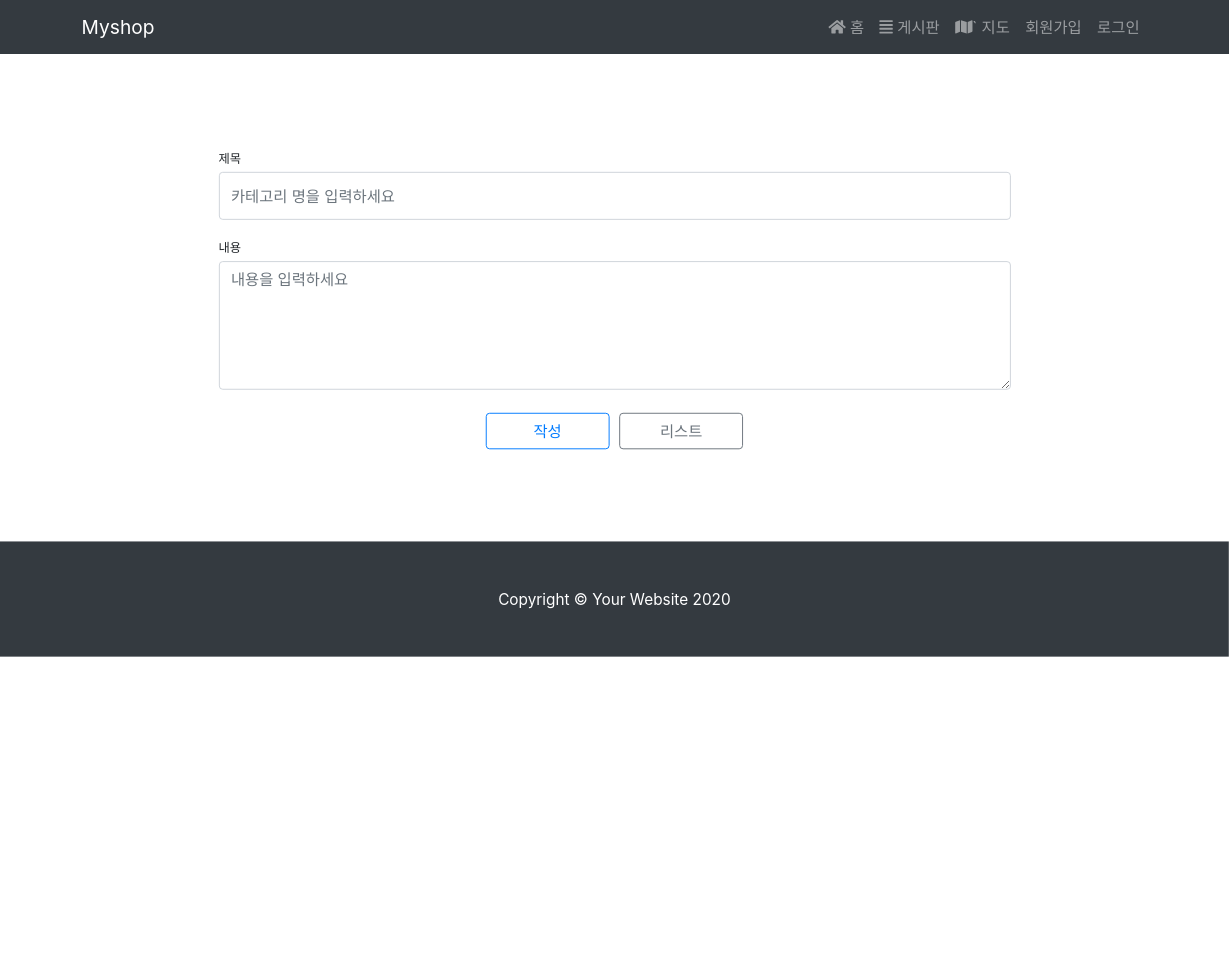
Repository: KimBiYam/ShoppingMallProject
Page: http://localhost/MyShop/WEB-INF/views/list/category.jsp
The author's editor kept a copy of each file at every save. The page is drawn from the files as they stood at one save, then again after the next save.
The browser window is 1280 px wide. The pictures show the whole page, at 96% of full size.
Some web libraries are served in a nearby version. The page is served by Tomcat 9. Nobody is signed in. Other server files are loaded and not shown. The template is opened directly, without the code that normally fills it, so the values that code supplies are empty.

Above is the page before, as saved 2020-04-21 00:42:13.

### MyShop/src/main/webapp/WEB-INF/views/list/category.jsp
<%@ page language="java" contentType="text/html; charset=UTF-8"
	pageEncoding="UTF-8"%>
<%@taglib prefix="c" uri="http://java.sun.com/jsp/jstl/core" %>
<%@taglib prefix="sec" uri="http://www.springframework.org/security/tags" %>
<!DOCTYPE html>
<html lang="en">
<head>
	<meta charset="utf-8">
	<meta name="viewport" content="width=device-width, initial-scale=1, shrink-to-fit=no">
	<meta name="description" content="">
	<meta name="author" content="">

	<title>카테고리 등록</title>
</head>

<body>
<jsp:include page="../includes/header.jsp"/>
  <!-- Page Content -->
	<div class="container my-5">
		<div class="row justify-content-center">
			<div class="col-lg-9 my-5">
				<form id="registerForm" action="/myshop/category/register" method="post">
					<input type="hidden" name="${_csrf.parameterName }" value="${_csrf.token }">
					<div class="form-group">
						<label class="small mb-1" for="title">제목</label> <input class="form-control py-4" name="title" id="title" type="text"
							placeholder="카테고리 명을 입력하세요" />
					</div>
					<div class="form-group">
						<label class="small mb-1" for="content">내용</label>
						<textarea class="form-control" rows="5" name="content" id="content" placeholder="내용을 입력하세요"></textarea>
					</div>
					<div class="form-group mt-4 mb-0">
						<div class="form-row justify-content-center">
							<div class="col-md-2">
								<button type="button" class="btn btn-outline-primary btn-block" id="btnWrite">작성</button>
							</div>
							<div class="col-md-2">
								<a class="btn btn-outline-secondary btn-block" href="/myshop/board/list?type=${type }">리스트</a>
							</div>
						</div>
					</div>
				</form>
			</div>
		</div>
	</div>
	<!-- /.container -->
		<script type="text/javascript">
		$(function() {
			$("#btnWrite").on("click", function() {
				if ($("#title").val() == "") {
					alert("제목을 입력하세요");
					$("#title").focus();
					return false;
				}
				if ($("#content").val() == "") {
					alert("내용을 입력하세요");
					$("#content").focus();
					return false;
				}
				$("#boardInsert").submit();
			});
		});
	</script>
  <jsp:include page="../includes/footer.jsp"></jsp:include>
</body>

</html>

### MyShop/src/main/webapp/WEB-INF/views/includes/header.jsp
<%@ page language="java" contentType="text/html; charset=UTF-8"
	pageEncoding="UTF-8"%>
<%@taglib prefix="sec"
	uri="http://www.springframework.org/security/tags"%>
<%@taglib prefix="c" uri="http://java.sun.com/jsp/jstl/core"%>
<!DOCTYPE html>
<!-- Bootstrap core CSS -->
<link href="/myshop/resources/vendor/bootstrap/css/bootstrap.min.css"
	rel="stylesheet">
<!-- Custom styles for this template -->
<link href="/myshop/resources/css/shop-homepage.css" rel="stylesheet">
<!-- Bootstrap core JavaScript -->
<script src="/myshop/resources/vendor/jquery/jquery.min.js"></script>
<script
	src="/myshop/resources/vendor/bootstrap/js/bootstrap.bundle.min.js"></script>
<script
	src="https://t1.daumcdn.net/mapjsapi/bundle/postcode/prod/postcode.v2.js"></script>
<script src="/myshop/resources/js/member.js"></script>
<script
	src="https://cdnjs.cloudflare.com/ajax/libs/font-awesome/5.11.2/js/all.min.js"
	crossorigin="anonymous"></script>

<!-- Navigation -->
<nav class="navbar navbar-expand-lg navbar-dark bg-dark fixed-top">
	<div class="container">
		<a class="navbar-brand" href="/myshop">Myshop</a>
		<button class="navbar-toggler" type="button" data-toggle="collapse"
			data-target="#navbarResponsive" aria-controls="navbarResponsive"
			aria-expanded="false" aria-label="Toggle navigation">
			<span class="navbar-toggler-icon"></span>
		</button>
		<div class="collapse navbar-collapse" id="navbarResponsive">
			<ul class="navbar-nav ml-auto">
				<li class="nav-item"><a class="nav-link" href="/myshop"><i
						class="fas fa-home"></i> 홈 </a></li>
				<li class="nav-item"><a class="nav-link"
					href="/myshop/board/list"><i class="fas fa-align-justify"></i>
						게시판</a></li>
				<li class="nav-item"><a class="nav-link" href="/myshop/map"><i
						class="fa fa-map"></i>` 지도</a></li>
				<sec:authorize access="isAnonymous()">
					<li class="nav-item"><a class="nav-link"
						href="javascript:join()">회원가입</a></li>
					<li class="nav-item"><a class="nav-link"
						href="javascript:login()">로그인</a></li>
				</sec:authorize>
				<sec:authorize access="isAuthenticated()">
					<sec:authorize access='hasRole("ROLE_USER")'>
						<li class="nav-item"><a class="nav-link"
							href="/myshop/user/update"><i class="far fa-address-book"></i>
								마이 페이지</a></li>
						<li class="nav-item"><a
							href="/myshop/product/cart?userid=<sec:authentication property="principal.username"/>"
							class="nav-link"><i class="fas fa-shopping-cart"></i> 장바구니</a></li>
						<li class="nav-item"><a class="nav-link"
							href="/myshop/product/order/list?userid=<sec:authentication property="principal.username"/>"><i
								class="fas fa-clipboard-list"></i> 주문 내역</a></li>
					</sec:authorize>
					<sec:authorize access='hasRole("ROLE_ADMIN")'>
						<li class="nav-item"><a class="nav-link"
							href="/myshop/admin/list"><i class="fas fa-address-card"></i>
								회원 관리</a></li>
						<li class="nav-item"><a class="nav-link"
							href="/myshop/product/category/list"><i class="fas fa-tags"></i>
								카테고리 관리</a></li>
						<li class="nav-item"><a class="nav-link"
							href="/myshop/product/order/admin/list"><i
								class="fas fa-clipboard-list"></i> 주문 관리</a></li>
						<li class="nav-item"><a class="nav-link"
							href="/myshop/product/register"><i
								class="fas fa-balance-scale"></i> 상품 등록</a></li>
					</sec:authorize>
					<li class="nav-item">
						<form id="logoutForm" action="/myshop/logout" method="post">
							<input type="hidden" name="${_csrf.parameterName }"
								value="${_csrf.token }">
						</form> <a class="nav-link" href="javascript:logout()">로그아웃</a>
					</li>
				</sec:authorize>
			</ul>
		</div>
	</div>
</nav>
<!-- #joinModal -->
<div class="modal fade" id="joinModal" tabindex="-1" role="dialog"
	aria-labelledby="myModalLabel" aria-hidden="true">
	<div class="modal-dialog">
		<div class="modal-content">
			<div
				class="modal-header justify-content-center font-weight-light my-4">
				<h3 class="modal-title" id="myModalLabel">회원가입</h3>
			</div>
			<div class="modal-body">
				<form id="joinForm" action="/myshop/user/join" method="post">
					<input type="hidden" name="${_csrf.parameterName }"
						value="${_csrf.token }"> <input type="hidden" name="addr"
						id="addr"> <input type="hidden" name="idcheck"
						id="idcheck" value="0">
					<div class="form-group">
						<label class="small mb-1" for="joinid">ID</label>
						<div class="input-group">
							<input class="form-control input-group-prepend joinInput"
								name="userid" id="joinid" type="text" placeholder="아이디를 입력하세요" />
							<button type="button" id="idcheckBtn"
								class="btn btn-outline-info input-group-append">중복체크</button>
						</div>
					</div>
					<div class="form-group">
						<label class="small mb-1" for="joinpw">Password</label> <input
							class="form-control joinInput" name="userpw" id="joinpw"
							type="password" placeholder="패스워드를 입력하세요" />
					</div>
					<div class="form-group">
						<label class="small mb-1" for="userpw">Password 확인</label> <input
							class="form-control joinInput" id="pwdcheck" type="password"
							placeholder="패스워드를 입력하세요" />
					</div>
					<div class="form-group">
						<label class="small mb-1" for="username">이름</label> <input
							class="form-control joinInput" name="username" id="username"
							type="text" placeholder="이름을 입력하세요" />
					</div>
					<div class="form-group">
						<label class="small mb-1" for="tel">휴대전화</label> <input
							class="form-control joinInput" name="tel" id="tel" type="tel"
							maxlength="13" placeholder="전화번호를 입력하세요" />
					</div>
					<div class="form-group">
						<label class="small mb-1" for="email">이메일</label> <input
							class="form-control joinInput" name="email" id="email"
							type="email" placeholder="이메일을 입력하세요" />
					</div>
					<div class="form-group">
						<label class="small mb-1">우편번호</label> <input
							class="form-control joinInput" style="width: 30%" type="text"
							name="zipcode" id="zipcode" readonly="readonly">
					</div>
					<div class="form-group">
						<label class="small mb-1">주소</label>
						<div class="input-group">
							<input class="form-control input-group-prepend joinInput"
								type="text" id="addrView" readonly="readonly">
							<button type="button" id="addrBtn"
								class="btn btn-outline-primary input-group-apeend">주소
								검색</button>
						</div>
					</div>
					<div class="form-group">
						<label class="small mb-1" for="addrDetail">상세주소</label> <input
							class="form-control joinInput" name="addrDetail" id="addrDetail"
							type="text" placeholder="상세주소를 입력하세요" />
					</div>
					<div class="form-group">
						<label class="small mb-1" for="role">관리자 코드</label> <input
							class="form-control joinInput" name="admincode" id="admincode"
							type="text" placeholder="관리자가 되려면 코드를 입력하세요" />
					</div>
					<div class="form-group mt-4 mb-0">
						<button type="button" class="btn btn-primary float-right"
							id="joinBtn">회원가입</button>
					</div>
				</form>
			</div>
		</div>
		<!-- /.modal-content -->
	</div>
	<!-- /.modal-dialog -->
</div>
<!-- /#joinModal -->
<!-- #loginModal -->
<div class="modal fade" id="loginModal" tabindex="-1" role="dialog"
	aria-labelledby="myModalLabel" aria-hidden="true">
	<div class="modal-dialog">
		<div class="modal-content">
			<div
				class="modal-header justify-content-center font-weight-light my-4">
				<h3 class="modal-title" id="myModalLabel">로그인</h3>
			</div>
			<div class="modal-body">
				<form id="loginForm" action="/myshop/login" method="post">
					<input type="hidden" name="${_csrf.parameterName }"
						value="${_csrf.token }">
					<div class="form-group">
						<label class="small mb-1" for="userid">ID</label>
						<div class="input-group">
							<input class="form-control input-group-prepend" name="username"
								id="loginid" type="text" placeholder="아이디를 입력하세요" />
						</div>
					</div>
					<div class="form-group">
						<label class="small mb-1" for="userpw">Password</label> <input
							class="form-control" name="password" id="loginpw" type="password"
							placeholder="패스워드를 입력하세요" />
					</div>
					<div class="form-group">
						<div class="custom-control custom-checkbox">
							<input class="custom-control-input" name="remember-me"
								id="remember-me" type="checkbox" /> <label
								class="custom-control-label" for="remember-me">자동 로그인</label>
						</div>
					</div>
					<div class="form-group mt-4 mb-0">
						<button type="button" class="btn btn-primary float-right" id="loginBtn">로그인</button>
					</div>
				</form>
				<!-- 네이버 로그인 창 -->
				<div id="naver_id_login float-left" style="text-align: center">
					<a class="float-left" href="${url }"> <img width="223" src="/myshop/resources/img/login.PNG" /></a>
				</div>
			</div>
		</div>
		<!-- /.modal-content -->
	</div>
	<!-- /.modal-dialog -->
</div>
<!-- /#loginModal -->

### MyShop/src/main/webapp/WEB-INF/views/includes/footer.jsp
<%@ page language="java" contentType="text/html; charset=UTF-8"
    pageEncoding="UTF-8"%>
<!DOCTYPE html>
  <!-- Footer -->
  <footer class="py-5 bg-dark">
    <div class="container">
      <p class="m-0 text-center text-white">Copyright &copy; Your Website 2020</p>
    </div>
    <!-- /.container -->
  </footer>

### MyShop/src/main/webapp/resources/js/member.js
//회원가입 폼
function join() {
	$(".joinInput").val("");
	$("#joinModal").modal("show");
	$("#joinid").removeAttr("readonly");
	$("#idcheck").val("0");
}
//로그인 폼
function login() {
	$("#loginid").val("");
	$("#loginpw").val("");
	$("#loginModal").modal("show");
}
//로그아웃 버튼
function logout(){
	alert("로그아웃 되었습니다");
	$("#logoutForm").submit();
}

$(function() {
//	이메일 정규식
var regemail=/^[-A-Za-z0-9_]+[-A-Za-z0-9_.]*[@]{1}[-A-Za-z0-9_]+[-A-Za-z0-9_.]*[.]{1}[A-Za-z]{1,5}$/;
var regtel = /^(01[016789]{1}|02|0[3-9]{1}[0-9]{1})-?[0-9]{3,4}-?[0-9]{4}$/;

//	아이디 한글 입력 방지
	$("#joinid").on("blur keyup",function(){
		$(this).val($(this).val().replace(/[ㄱ-ㅎ|ㅏ-ㅣ|가-힣]/g,''));
	})
	$("#loginid").on("blur keyup",function(){
		$(this).val($(this).val().replace(/[ㄱ-ㅎ|ㅏ-ㅣ|가-힣]/g,''));
	})
//	전화번호 자동 하이픈
	$('#tel').keydown(function(event) {
	    var key = event.charCode || event.keyCode || 0;
	    $text = $(this);
	    if (key !== 8 && key !== 9) {
	        if ($text.val().length === 3) {
	            $text.val($text.val() + '-');
	        }
	        if ($text.val().length === 8) {
	            $text.val($text.val() + '-');
	        }
	    }

	    return (key == 8 || key == 9 || key == 46 || (key >= 48 && key <= 57) || (key >= 96 && key <= 105));
	});

//	이름 한글만 입력
	$("#username").on("blur keyup",function(){
		$(this).val($(this).val().replace(/[a-z0-9]|[ \[\]{}()<>?|`~!@#$%^&*-_+=,.;:\"'\\]/g,''));
	})

	// 회원가입
	$("#joinBtn").on("click", function() {
		if ($("#joinnid").val() == "") {
			alert("아이디를 입력하세요");
			$("#joinnid").focus();
			return false;
		}
		if ($("#joinpw").val() == "") {
			alert("패스워드를 입력하세요");
			$("#joinpw").focus();
			return false;
		}
		if ($("#pwdcheck").val() == "") {
			alert("패스워드 확인을 입력하세요");
			$("#pwdcheck").focus();
			return false;
		}
		if ($("#username").val() == "") {
			alert("이름을 입력하세요");
			$("#username").focus();
			return false;
		}
		if ($("#tel").val() == "") {
			alert("전화번호를 입력하세요");
			$("#tel").focus();
			return false;
		}
		if ($("#email").val() == "") {
			alert("이메일을 입력하세요");
			$("#email").focus();
			return false;
		}
		if ($("#addrView").val() == "") {
			alert("주소를 검색하세요");
			return false;
		}
		if ($("#addrDetail").val() == "") {
			alert("상세주소를 입력하세요");
			$("#addrDetail").focus();
			return false;
		}

		if ($("#idcheck").val() == "0") {
			alert("아이디 중복체크를 하세요");
			return false;
		}
		if ($("#joinpw").val() != $("#pwdcheck").val()) {
			alert("패스워드가 틀렸습니다");
			$("#joinpw").val("");
			$("#pwdcheck").val("");
			$("#joinpw").focus();
			return false;
		}
		if(!regtel.exec($("#tel").val())){
			alert("전화번호 양식이 틀렸습니다");
			$("#tel").val("");
			$("#tel").focus();
			return false;
		}
		if(!regemail.exec($("#email").val())){
			alert("이메일 양식이 틀렸습니다");
			$("#email").val("");
			$("#email").focus();
			return false;
		}

		var addr = $("#addrView").val() + " " + $("#addrDetail").val();
		$("#addr").val(addr);

		$("#joinForm").submit();
		alert("회원가입이 완료 되었습니다!");
	});

	$("#idcheckBtn").click(function() {
		if ($("#joinid").val() == "") {
			alert("ID를 입력해주세요");
			$("#registerid").focus();
			return false;
		}
		if ($("#idcheck").val() == "1") {
			$("#joinid").removeAttr("readonly");
			$("#joinid").val("");
			$("#idcheck").val("0");
			return false;
		}
		$.get("/myshop/user/idcheck", {
			"userid" : $("#joinid").val()
		}, function(data) {
			if (data == "no"){
				alert("이미 가입된 아이디 입니다");
				$("#joinid").val("");
				$("#joinid").focus();
			}
			if (data == "yes") {
				alert("사용 가능한 아이디 입니다");
				$("#joinid").attr("readonly", "readonly");
				$("#idcheck").val("1");
			}


		})
	});

	// 카카오 주소 API 팝업
	$("#addrBtn").on(
			"click",
			function() {
				new daum.Postcode(
						{
							oncomplete : function(data) {
								// 팝업에서 검색결과 항목을 클릭했을때 실행할 코드를 작성하는 부분.

								// 각 주소의 노출 규칙에 따라 주소를 조합한다.
								// 내려오는 변수가 값이 없는 경우엔 공백('')값을 가지므로, 이를 참고하여 분기
								// 한다.
								var addr = ''; // 주소 변수
								var extraAddr = ''; // 참고항목 변수

								// 사용자가 선택한 주소 타입에 따라 해당 주소 값을 가져온다.
								if (data.userSelectedType === 'R') { // 사용자가
																		// 도로명
																		// 주소를
																		// 선택했을
																		// 경우
									addr = data.roadAddress;
								} else { // 사용자가 지번 주소를 선택했을 경우(J)
									addr = data.jibunAddress;
								}

								// 사용자가 선택한 주소가 도로명 타입일때 참고항목을 조합한다.
								if (data.userSelectedType === 'R') {
									// 법정동명이 있을 경우 추가한다. (법정리는 제외)
									// 법정동의 경우 마지막 문자가 "동/로/가"로 끝난다.
									if (data.bname !== ''
											&& /[동|로|가]$/g.test(data.bname)) {
										extraAddr += data.bname;
									}
									// 건물명이 있고, 공동주택일 경우 추가한다.
									if (data.buildingName !== ''
											&& data.apartment === 'Y') {
										extraAddr += (extraAddr !== '' ? ', '
												+ data.buildingName
												: data.buildingName);
									}
									// 표시할 참고항목이 있을 경우, 괄호까지 추가한 최종 문자열을 만든다.
									if (extraAddr !== '') {
										extraAddr = ' (' + extraAddr + ')';
									}
									// 조합된 참고항목을 해당 필드에 넣는다.
									// document.getElementById("sample6_extraAddress").value
									// = extraAddr;

								} else {
									// document.getElementById("sample6_extraAddress").value
									// = '';
								}

								// 우편번호와 주소 정보를 해당 필드에 넣는다.
								$("#zipcode").val(data.zonecode);
								$("#addrView").val(addr);
								// 커서를 상세주소 필드로 이동한다.
								$("#addrDetail").focus();
							}
						}).open();
			});

	// 로그인
	$("#loginBtn").on("click", function() {
		if ($("#loginid").val() == "") {
			alert("아이디를 입력하세요");
			$("#loginid").focus();
			return false;
		}
		if ($("#loginpw").val() == "") {
			alert("패스워드를 입력하세요");
			$("#loginpw").focus();
			return false;
		}
		$("#loginForm").submit();
	});

})

Loaded but not shown: MyShop/src/main/webapp/resources/css/shop-homepage.css (common file)

After the next save:
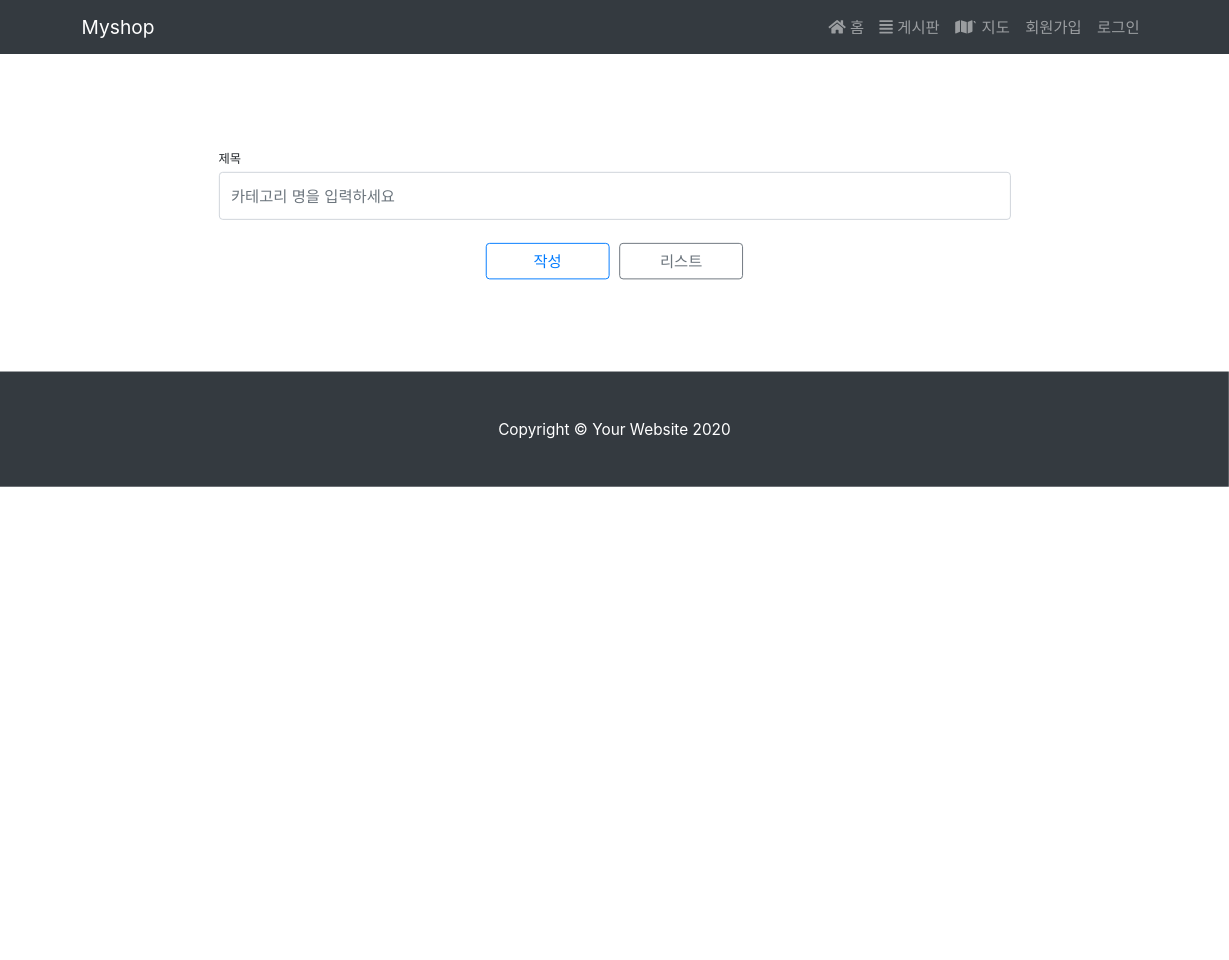
Saved 5 s later.
--- a/MyShop/src/main/webapp/WEB-INF/views/list/category.jsp
+++ b/MyShop/src/main/webapp/WEB-INF/views/list/category.jsp
@@ -24,10 +24,6 @@
 					<div class="form-group">
 						<label class="small mb-1" for="title">제목</label> <input class="form-control py-4" name="title" id="title" type="text"
 							placeholder="카테고리 명을 입력하세요" />
-					</div>
-					<div class="form-group">
-						<label class="small mb-1" for="content">내용</label>
-						<textarea class="form-control" rows="5" name="content" id="content" placeholder="내용을 입력하세요"></textarea>
 					</div>
 					<div class="form-group mt-4 mb-0">
 						<div class="form-row justify-content-center">
